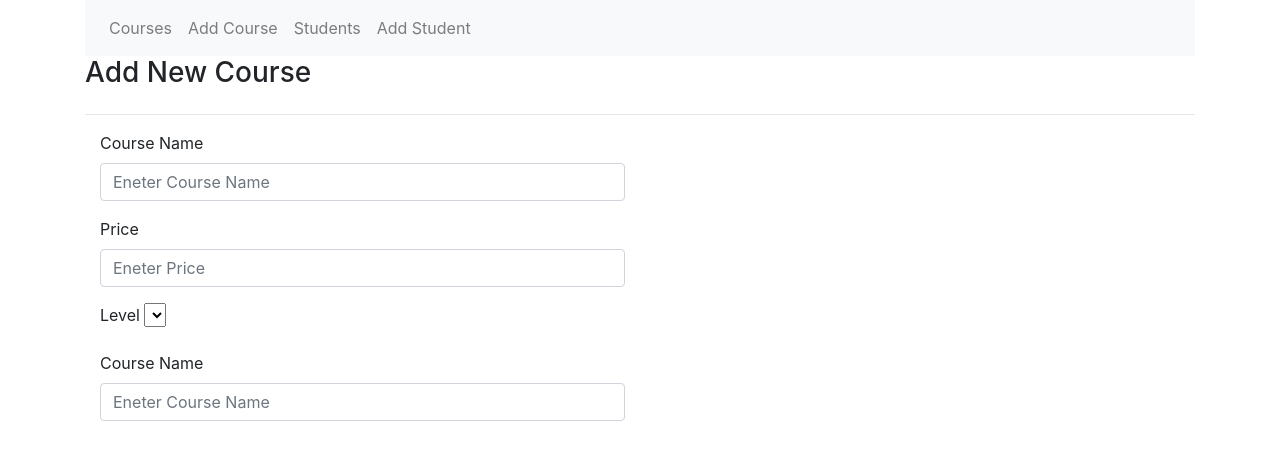
Repository: pyaephyotint22/Maven-Student-Course
Page: http://localhost/06-EL-JSTL/course-add.jsp
These files come from the project's save history. The page is drawn as it stood at one moment and after the next save; the edit follows.
The browser window is 1280 px wide. The pictures show the whole page.
The page is served by Tomcat 9.

Above is the page before, as saved 2020-12-20 09:28:12.

After the next save:
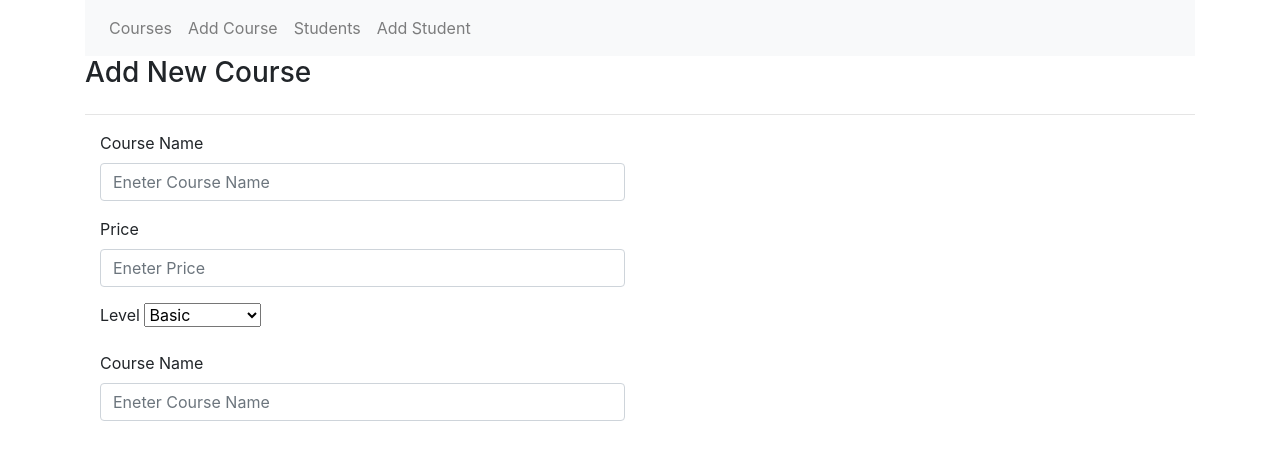
Saved 7 min 34 s later.
--- a/06-EL-JSTL/src/main/webapp/course-add.jsp
+++ b/06-EL-JSTL/src/main/webapp/course-add.jsp
@@ -30,7 +30,11 @@
 				</div>
 				<div class="form-group">
 					<label for="level">Level</label>
-					<select name="level" id="level"></select>
+					<select name="level" id="level">
+						<option value="Basic">Basic</option>
+						<option value="Intermediate">Intermediate</option>
+						<option value="Advance">Advance</option>
+					</select>
 				</div>
 				<div class="form-group">
 					<label>Course Name</label>
